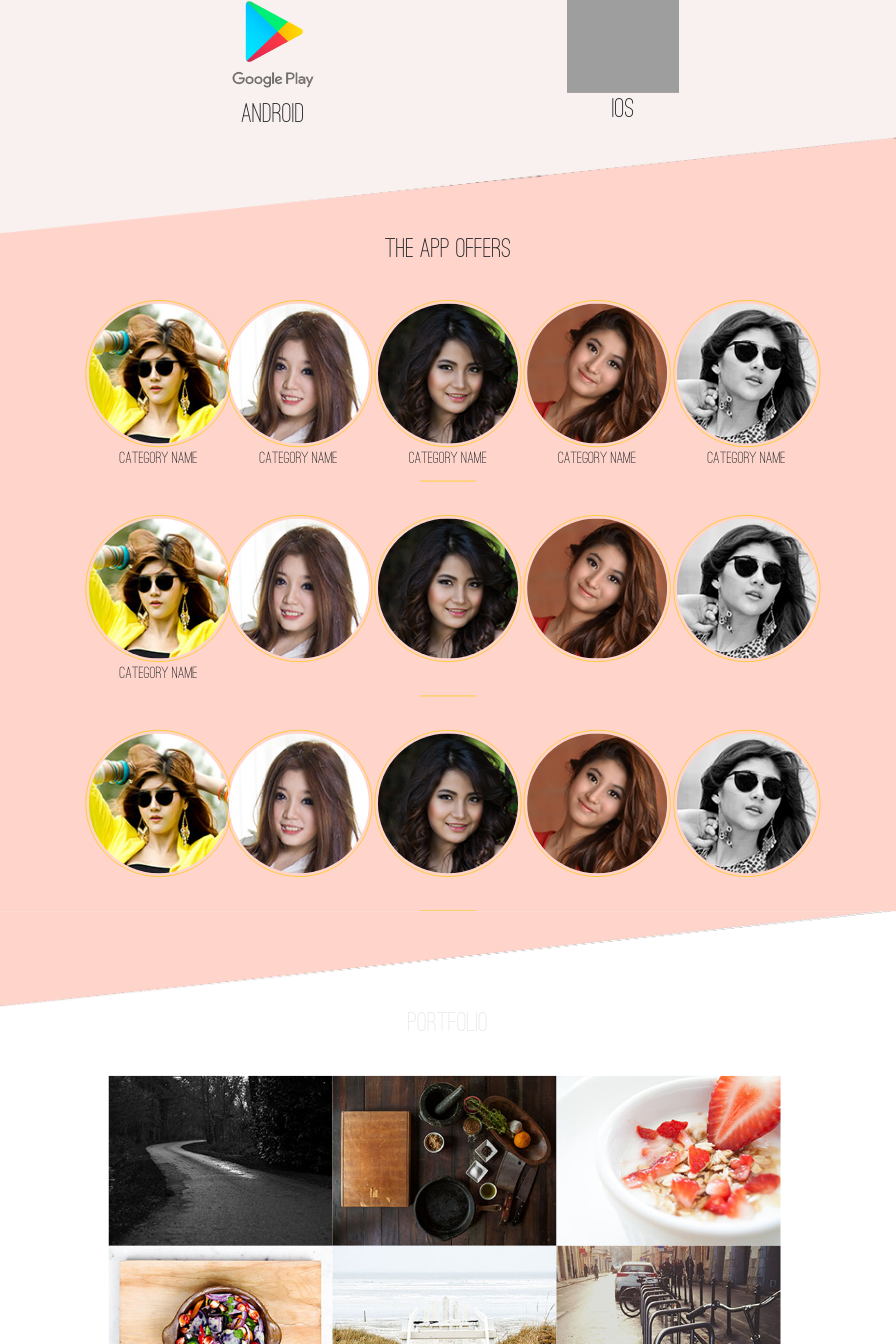
Repository: Demonster1999/newshoperrepo
Page: index.html
An editor plug-in stored every save of this project. The page is shown before and after a run of saves, followed by the edit.
The browser window is 1280 px wide. The pictures show the part of the page from y = 1164 to 3084 px (the page is 4668 px tall), at 70% of full size.
Pictures or frames that could not be fetched are drawn as grey boxes. Some web libraries are served in a nearby version.

Above is the page before, as saved 2020-07-21 14:12:08.
Console error: TypeError: Cannot read properties of null (reading 'getContext')

After the next 2 saves:
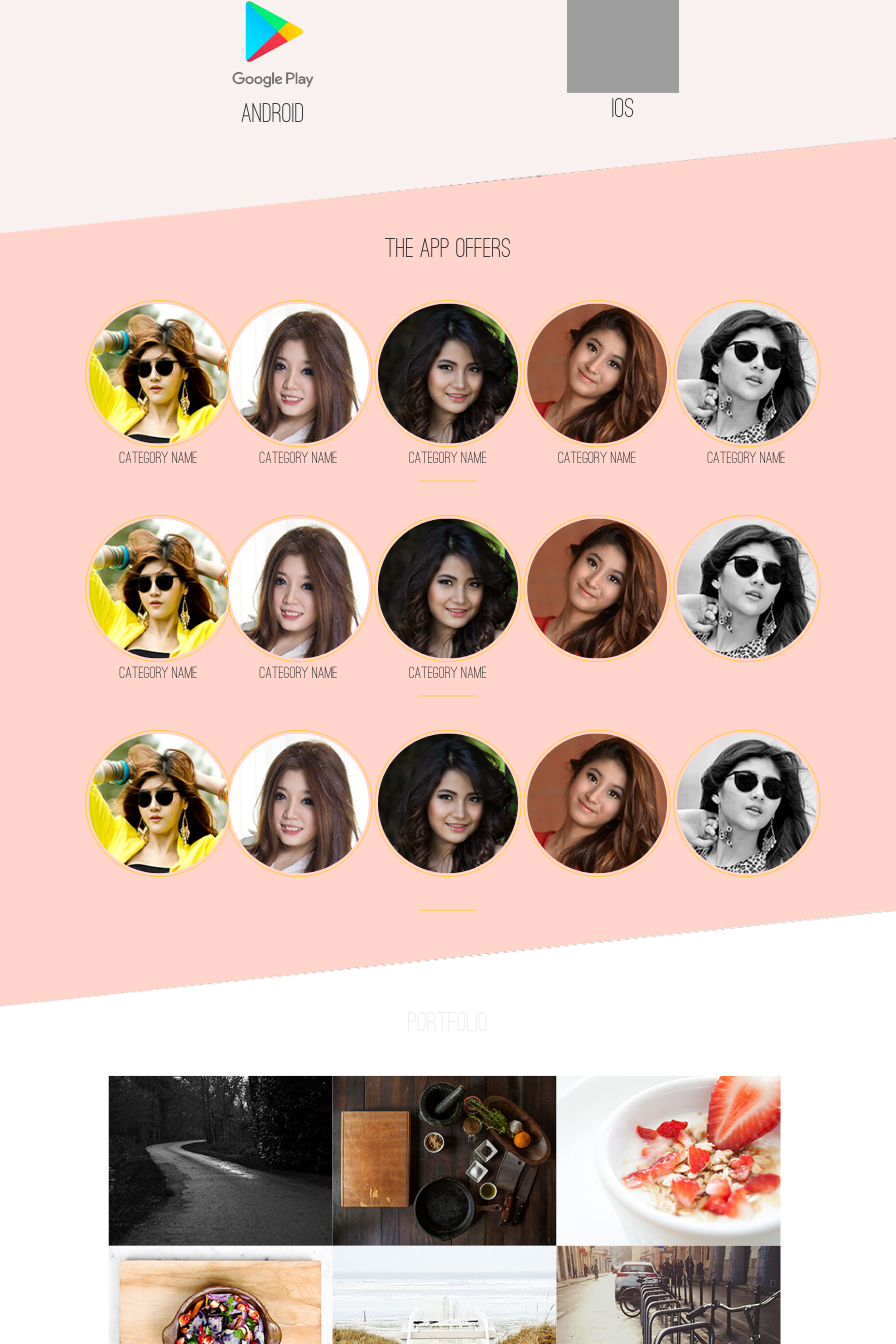
The 2 saves are shown as one change because they came seconds apart.
The last was saved 6 s later.
--- a/index.html
+++ b/index.html
@@ -217,11 +217,13 @@
 	<div class="col-md-2">
 		<div class="tm-img-circle-border absolute-center">
 			<img src="images/testimonials/2.jpg" alt="Testimonial 2" class="img-circle tm-img-testimonial">
+			<h4 class=" mt-2 "> category Name </h4>
 		</div>
 	</div>
 	<div class="col-md-2">
 		<div class="tm-img-circle-border absolute-center ">
 			<img src="images/testimonials/3.jpg" alt="Testimonial 3" class="img-circle tm-img-testimonial">
+			<h4 class=" mt-2 "> category Name </h4>
 		</div>
 
 	</div>
